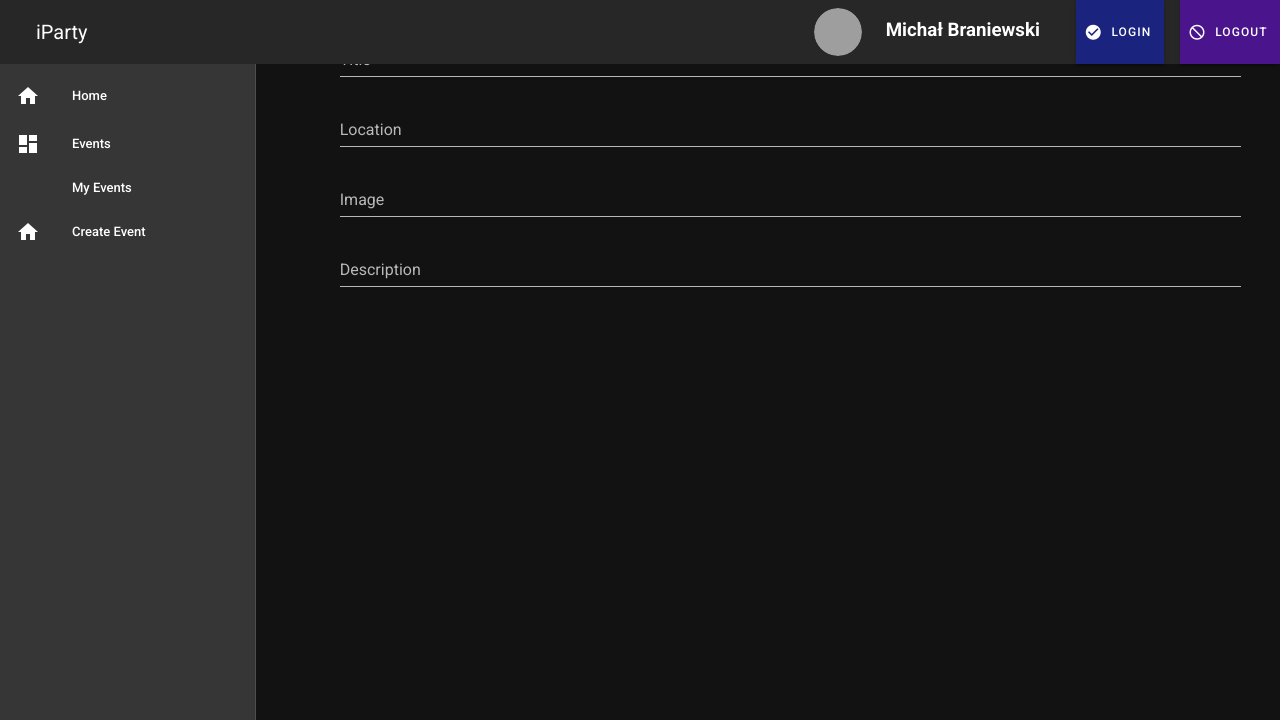
Repository: hexanek/partyapp
Page: /#/addevent
An editor plug-in stored every save of this project. The page is shown before and after the next save, followed by the edit.
The browser window is 1280 px wide. The pictures show the whole page.
Pictures or frames that could not be fetched are drawn as grey boxes. The project was rebuilt for these pictures with package versions that can differ from the ones it lists, and the page was loaded fresh each time. Also part of the build but not shown: vue.config.js, src/components/Popup.vue, src/components/Gmap.vue, src/components/Home.vue.

Above is the page before, as saved 2020-01-26 14:27:43.

After the next save:
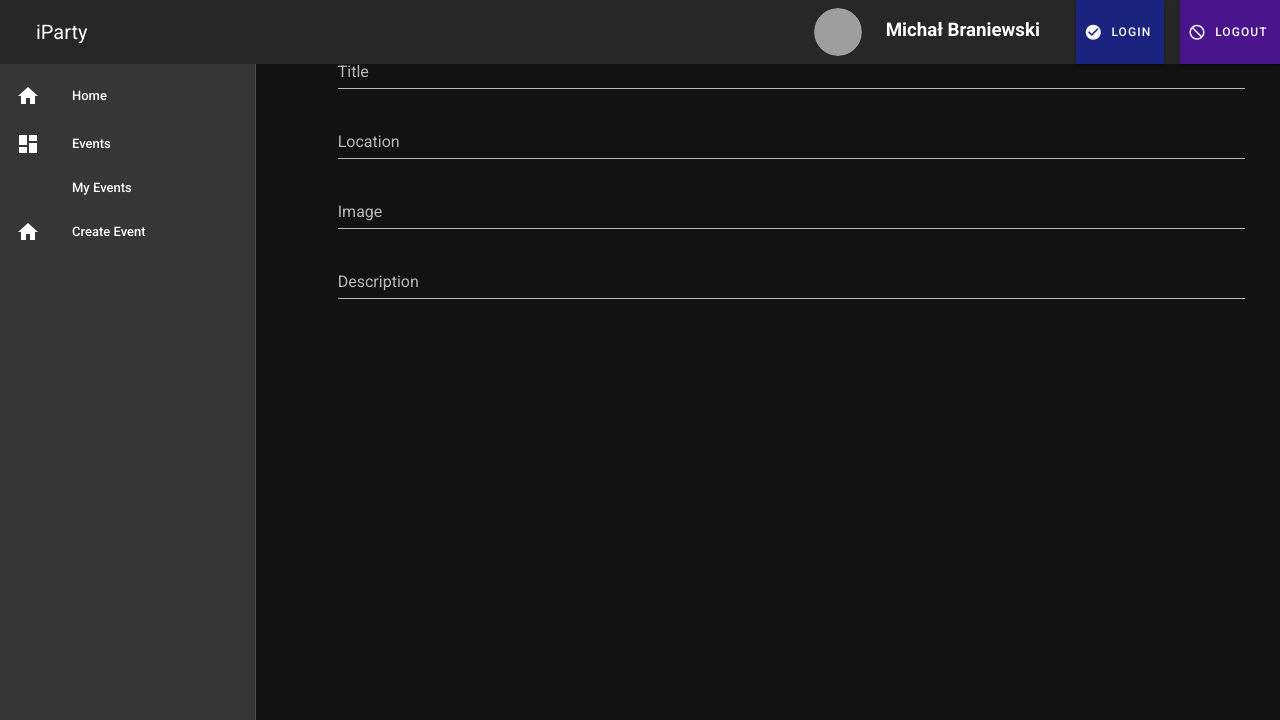
Saved 8 s later.
--- a/src/components/Event/EventForm.vue
+++ b/src/components/Event/EventForm.vue
@@ -1,6 +1,6 @@
 <template>
     <div class="content">
-        <v-container pa-4>
+        <v-container mt-4>
             <v-layout row>
                 <v-flex xs-12 offset-sm3 center>
                     <h2>Add own Event</h2>
